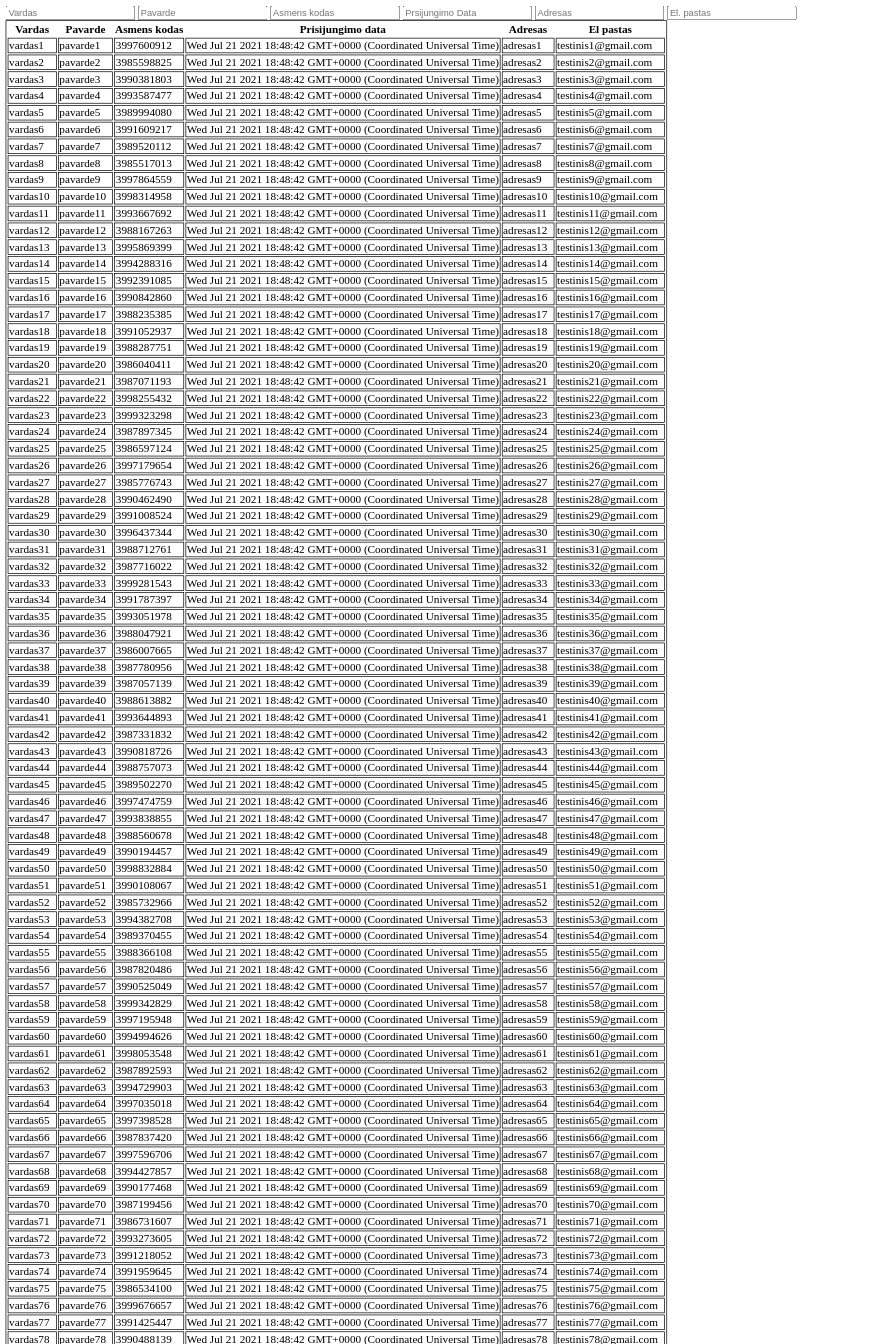
Repository: motiejus1/29-paskaita-05.31
Page: index.html
These files come from the project's save history. The page is drawn as it stood at one moment and after the next save; the edit follows.
The browser window is 1280 px wide. The pictures show the part of the page from y = 0 to 1920 px (the page is 4863 px tall before and 4267 px after), at 70% of full size.

Above is the page before, as saved 2021-07-21 18:51:01.

After the next save:
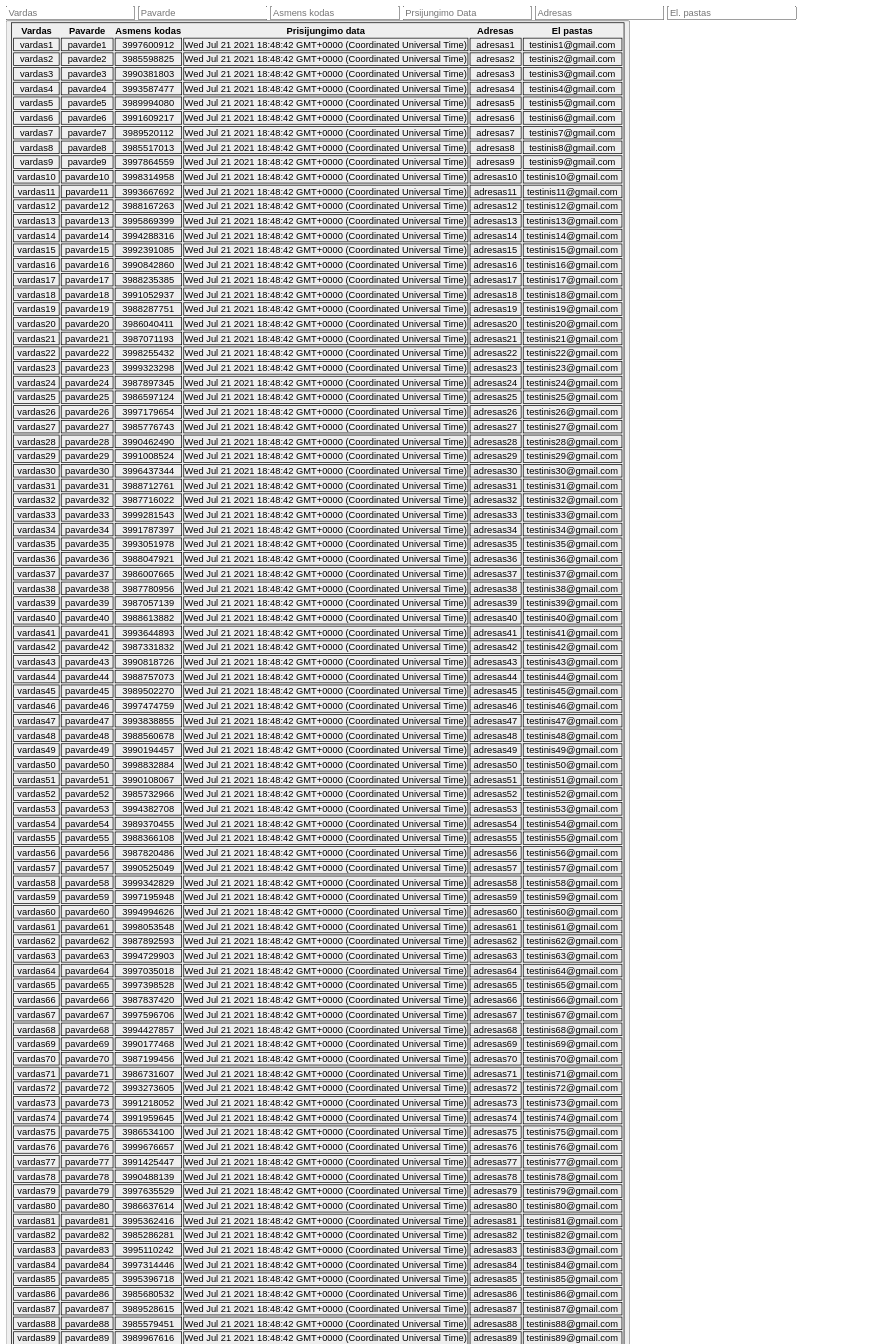
Saved 20 s later.
--- a/index.html
+++ b/index.html
@@ -24,6 +24,7 @@
         <input type="text" id="prsijungimData" name="prsijungimData" placeholder="Prsijungimo Data" />
         <input type="text" id="adresas" name="adresas" placeholder="Adresas" />
         <input type="text" id="elpastas" name="elpastas" placeholder="El. pastas" />
+        <button
     </div>
 
 

After the 2 saves that followed:
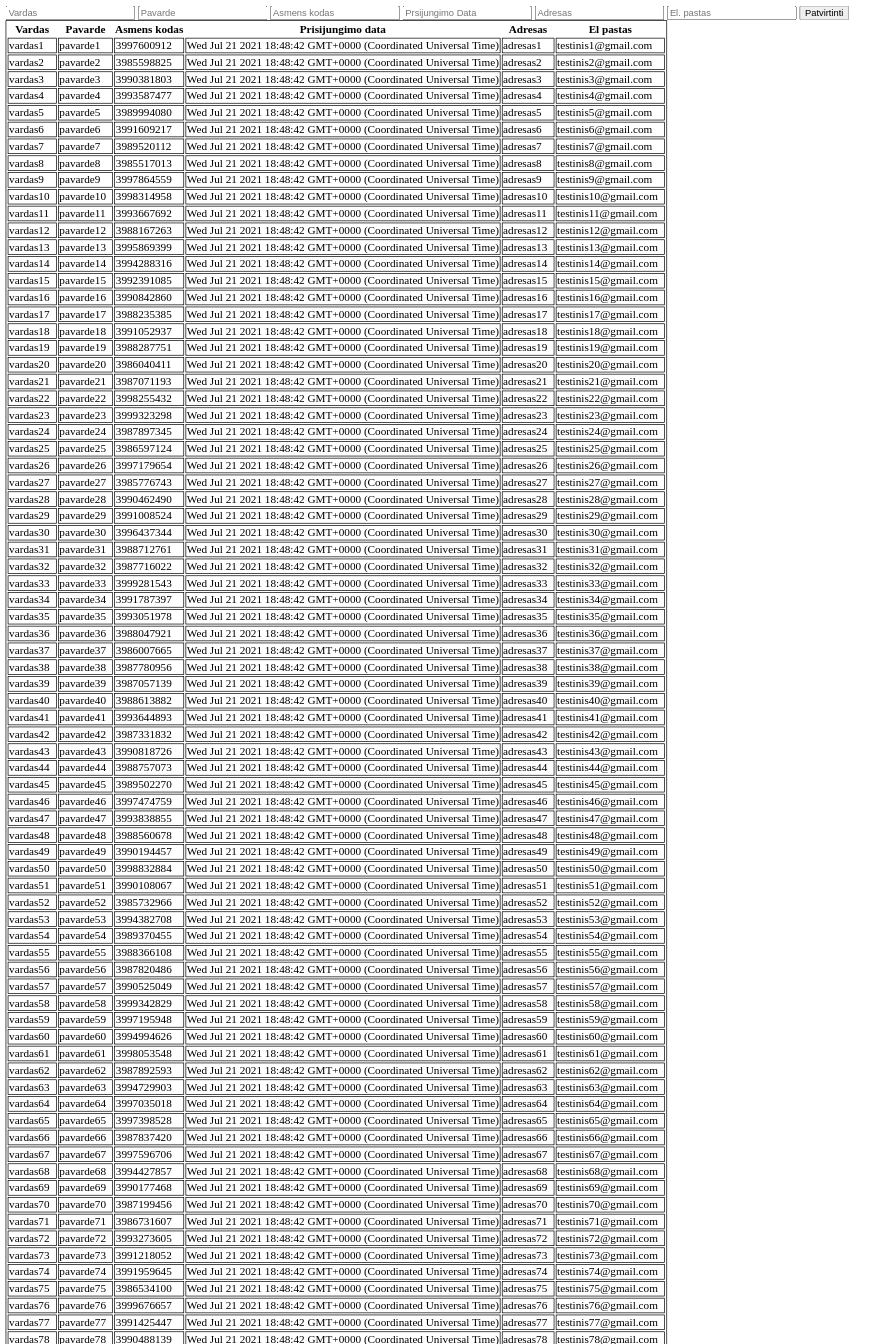
The 2 saves are shown as one change because 1 left the picture as it was.
The last was saved 8 s later.
--- a/index.html
+++ b/index.html
@@ -24,7 +24,7 @@
         <input type="text" id="prsijungimData" name="prsijungimData" placeholder="Prsijungimo Data" />
         <input type="text" id="adresas" name="adresas" placeholder="Adresas" />
         <input type="text" id="elpastas" name="elpastas" placeholder="El. pastas" />
-        <button
+        <button class="patvirtinti">Patvirtinti</button>
     </div>
 
 
